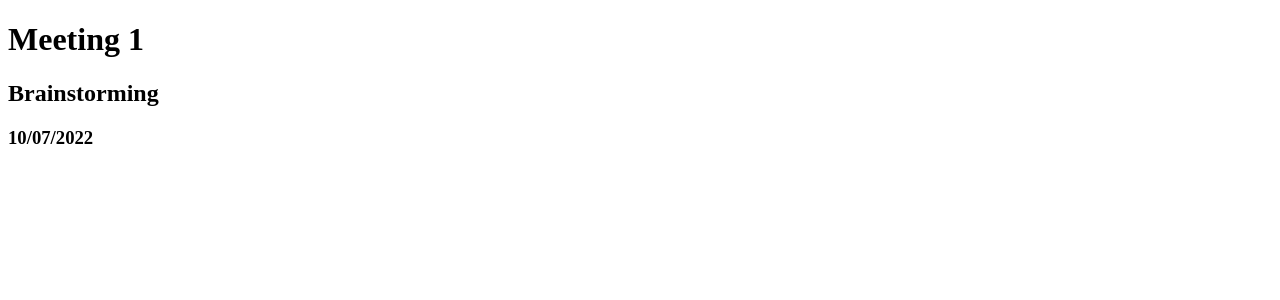
Repository: sarahtthomson/cse110
Page: Lab2/index.html
These files come from the project's save history. The page is drawn as it stood at one moment and after the next save; the edit follows.
The browser window is 1280 px wide. The pictures show the whole page.

Above is the page before, as saved 2022-10-07 13:00:20.

After the next save:
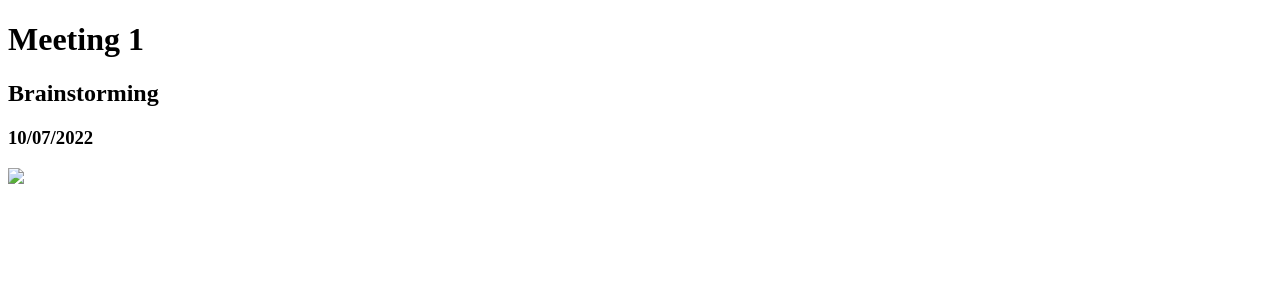
Not found: cat.jpg
Saved 5 min 9 s later.
--- a/Lab2/index.html
+++ b/Lab2/index.html
@@ -9,5 +9,6 @@
         <h1>Meeting 1</h1>
         <h2>Brainstorming</h2>
         <h3>10/07/2022</h3>
+        <img src="/cat.jpg">
     </body>
 </html>
